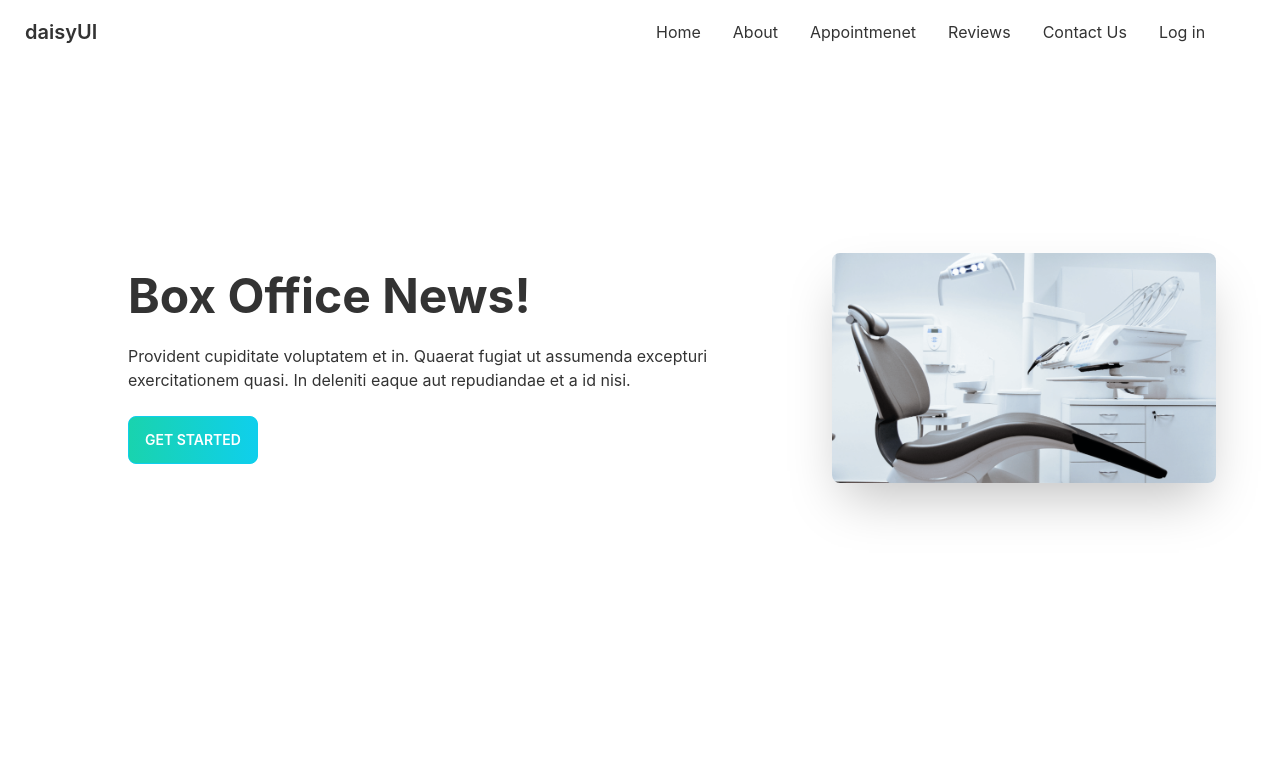
Repository: Tanvir3744/Doctors-client-website
Page: /
These files come from the project's save history. The page is drawn as it stood at one moment and after the next save; the edit follows.
The browser window is 1280 px wide. The pictures show the whole page.
The project was rebuilt for these pictures with package versions that can differ from the ones it lists, and the page was loaded fresh each time. Also part of the build but not shown: src/Pages/About/About.js, src/Pages/Login/Login.js, src/Pages/NotFound/NotFound.js.

Above is the page before, as saved 2022-05-25 01:53:58.

After the next save:
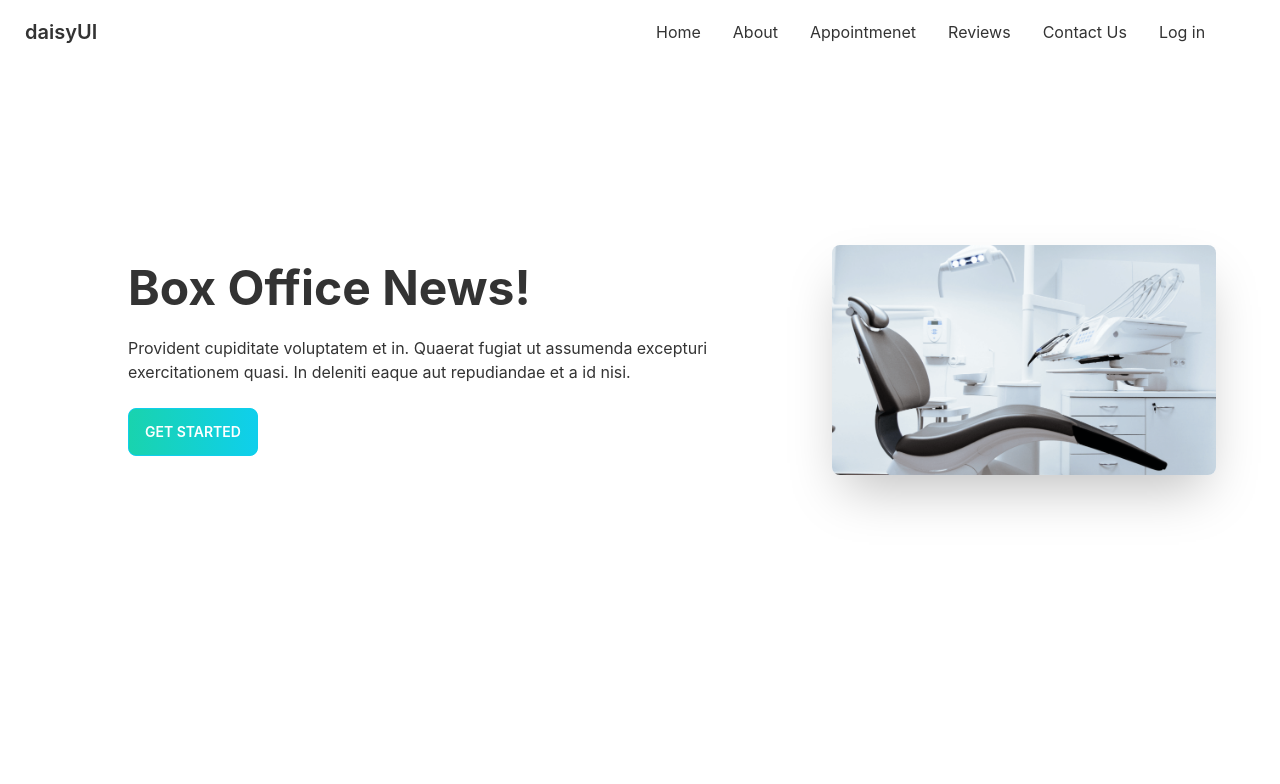
Saved 14 s later.
--- a/src/Pages/Home/Banner/Banner.js
+++ b/src/Pages/Home/Banner/Banner.js
@@ -4,7 +4,7 @@ const Banner = () => {
     return (
         <div>
             <div class="hero min-h-screen px-12">
-                <div class="hero-content flex-col lg:flex-row-reverse -mt-28">
+                <div class="hero-content flex-col lg:flex-row-reverse -mt-32">
                     <img src={chair} class="max-w-sm rounded-lg shadow-2xl" />
                     <div className='px-16'>
                         <h1 class="text-5xl font-bold">Box Office News!</h1>
